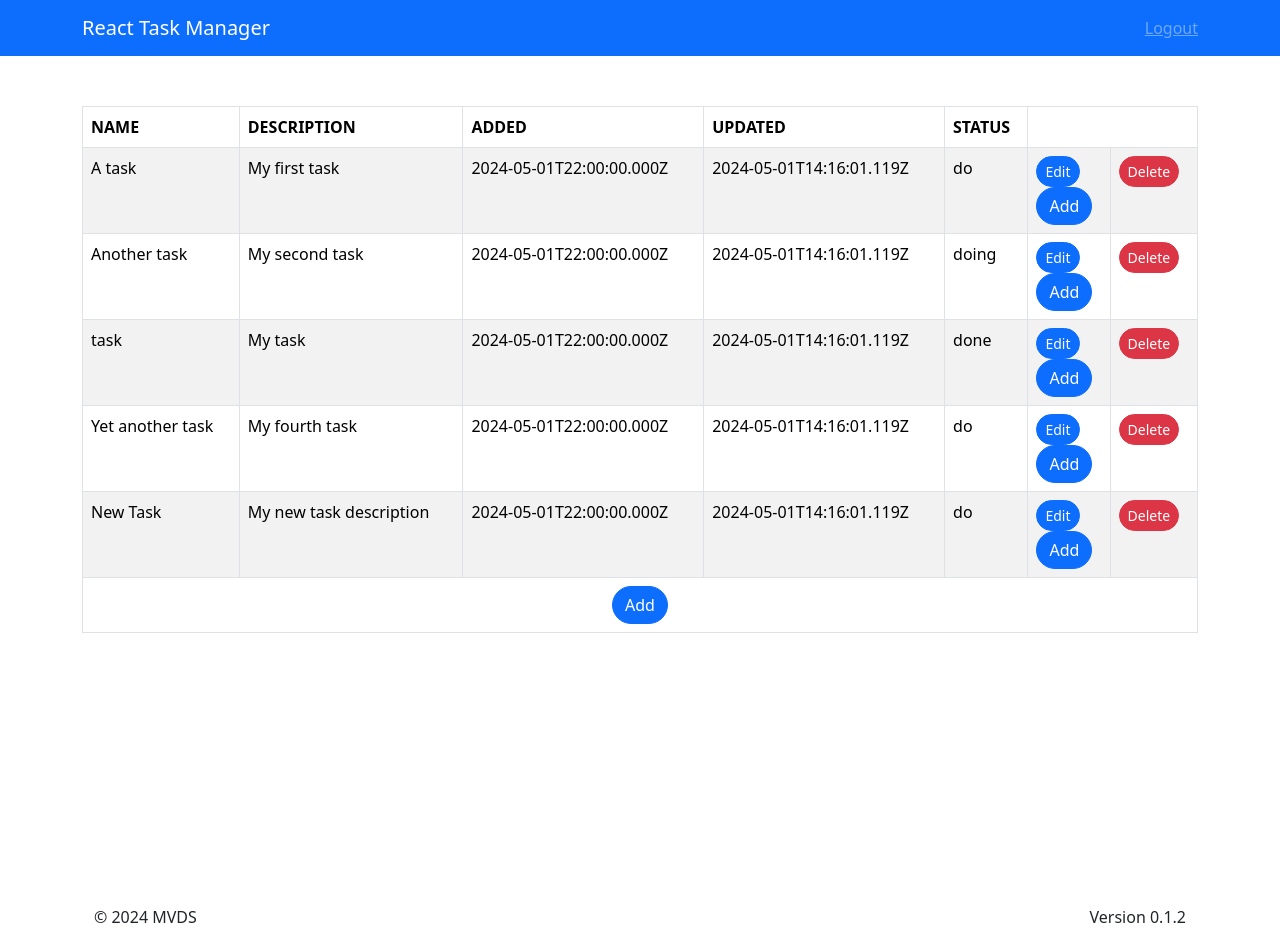
Repository: trider/react-task-manager
Page: /#/tasks
These files come from the project's save history. The page is drawn as it stood at one moment and after the next save; the edit follows.
The browser window is 1280 px wide. The pictures show the whole page.
The project was rebuilt for these pictures with package versions that can differ from the ones it lists, and the page was loaded fresh each time. Also part of the build but not shown: src/App.css, src/_data/_Users.js, src/pages/Login.js, src/components/Add.js.

Above is the page before, as saved 2024-05-10 15:32:55.

### src/App.js
// import logo from './logo.svg';
import './App.css';
import 'bootstrap/dist/css/bootstrap.min.css';
// import { BrowserRouter, Routes, Route } from "react-router-dom";
import {HashRouter as Router, Routes, Route} from "react-router-dom";
import LoginForm from "./pages/Login";
import TaskList from "./pages/Task";

// const path = process.env.REACT_APP_FOR_PATH;

function App() {
  return (
    <div>
      <Router baseline="/">
        <Routes>
          <Route index element={<LoginForm />} />
            <Route path="login" element={<LoginForm />} />
            <Route path="tasks" element={<TaskList />} />
        </Routes>
      </Router>
    </div>
  );
}

export default App;

### src/pages/Task.js
import * as React from 'react';

import { useState } from 'react';
import { useReducer } from 'react';

import Table from 'react-bootstrap/Table';
import Container from 'react-bootstrap/Container';
import Button from 'react-bootstrap/Button';
import Form from 'react-bootstrap/Form';

import NavbarComponent from '../components/Navigation';
import Footer from '../components/Footer';
import TaskAdd from '../components/Add';
import ModalComponent from '../components/Modal';

import userTasks from '../_data/_Tasks';
import tableCols from '../_data/_Cols';
import tasksReducer from '../_Reducers/tasksReducer';

const states = ['do', 'doing', 'done'];




const TaskTable = () => {

  const [tasks, dispatch] = useReducer(tasksReducer, userTasks);
  const [taskName, setTaskName] = useState("A Task");
  const [taskDescription, setTaskDescription] = useState("Task Description");
  const [taskStatus, setTaskStatus] = useState("do");






  const addTask = (task) => {
    // setDateAdded(new Date().toISOString());
    // setDateUpdated(new Date().toISOString());
    setTaskStatus('do');

    dispatch({
      type: 'added',
      task: task,
    });
  }

  const editTask = (task) => {
    task.isEdit = true;
    dispatch({
      type: 'edit',
      task: task,
    });



  }

  const getButton = (task) => {

    if (task.isEdit) {
      return <Button variant="primary rounded-pill" size='sm' onClick={(e) => updateTask(task)}>
        Update
      </Button>
    }
    else {
      return <Button variant="primary rounded-pill" size='sm' onClick={(e) => editTask(task)}>
        Edit
      </Button>
    }

  }

  const updateTask = (task) => {

    task.isEdit = false;
    task.name = taskName;
    tasks.description = taskDescription
    task.status = taskStatus
    task.updated = new Date().toISOString();



    dispatch({
      type: 'changed',
      task: task,
    });


    // setIsAdd(false);



  }

  const deleteTask = (task) => {
    dispatch({
      type: 'deleted',
      task: task,
    });
  }

  const getTask = (task, col) => {
    if (task.isEdit) {
      if (col === 'name') {
        return <Form.Control
          type="text"
          value={taskName}
          onChange={(e) => setTaskName(e.target.value)}
        />
      }
      else if (col === 'description') {
        return <Form.Control
          type="text"
          value={taskDescription}
          onChange={(e) => setTaskDescription(e.target.value)}
        />
      }
      else if (col === 'status') {
        return <Form.Select  onChange={(e) => setTaskStatus(e.target.value)}>
          {states.map((state) => (  <option key={state} value={state}>{state}</option>))}
        </Form.Select>
      }
      else {
        return task[col]
      }


    }
    else {
      return task[col]
    }


  }



  const showTableBody = () => {


      return <tbody>
        {tasks.map((task) => (
          <tr key={task.id}>
            {tableCols.map((col) => (
              <td key={col}>

                {getTask(task, col)}

              </td>
            ))}

            <td>
              {getButton(task)}
              <ModalComponent
              title='Add'
            tasks={tasks}
            task={task}
            onAddTask={addTask}
            onEditTask={updateTask} />
            </td>
            <td>
              <Button variant="danger rounded-pill" size='sm' onClick={(e) => deleteTask(task)}>
                Delete
              </Button>
            </td>
          </tr>
        ))}



        <tr style={{height:"40px"}}>

          <td colSpan={tableCols.length+2} style={{ backgroundColor: "white" }}>
          <div className="d-grid gap-2 d-md-flex justify-content-md-center">
            <ModalComponent
            title='Add'
            tasks={tasks}
            task={{
              name: 'New Task',
              description: taskDescription,
              user: 'jonnygold',
              status: 'do',
              taskId: tasks.length + 1,
              added: new Date().toISOString(),
              updated: new Date().toISOString(),
              isActive: true,
              isEdit: false}}
            onAddTask={addTask}
            onEditTask={updateTask} />
          </div>



          </td>
        </tr>
      </tbody>




  }






  return (
    <div >
      <Table striped bordered hover size="lg">
        <thead>
          <tr>
            {tableCols.map((col) => (
              <th key={col}>{col.toUpperCase()}</th>
            ))}
            <th colSpan={"2"}></th>
          </tr>
        </thead>

        {showTableBody()}

      </Table>





    </div>
  );
}


const TaskList = () => {



  return (
    <div>

      <NavbarComponent />
      <Container style={{ marginTop: "50px" }}>

        <div style={{ marginTop: "50px" }}>
          <TaskTable />

        </div>

      </Container>
      <Container style={{ paddingTop: '20%' }} >
        <Footer />
      </Container>

    </div>
  );
}

export default TaskList;

### src/components/Footer.js
import * as React from 'react';
import Container from 'react-bootstrap/Container';
import Row from 'react-bootstrap/Row';
import Col from 'react-bootstrap/Col';


const Footer = () => {
  return (
    <footer>
      <Container >
      <Row>
        <Col sm={8}>&copy; 2024 MVDS</Col>
        <Col style={{textAlign:"right"}}>Version 0.1.2</Col>
      </Row>
      </Container>
    </footer>
  );
}

export default Footer;

### src/components/Navigation.js
import * as React from 'react';
import Container from 'react-bootstrap/Container';
import Nav from 'react-bootstrap/Nav';
import Navbar from 'react-bootstrap/Navbar';
import {Link as ReactLink} from "react-router-dom";






const NavbarComponent = () => {
  return (
    <Navbar bg="primary" expand="lg" data-bs-theme="dark">
      <Container>
        <Navbar.Brand href="#home">React Task Manager</Navbar.Brand>
        <Navbar.Toggle aria-controls="basic-navbar-nav" />
        <Navbar.Collapse id="basic-navbar-nav">
          <Nav className="me-auto" >
          </Nav>

          <div className='Nav'>
            <ReactLink to="/login">Logout</ReactLink>
          </div>
        </Navbar.Collapse>
      </Container>
    </Navbar>
  );
}



export default NavbarComponent;

### src/components/Modal.js
import { useState } from 'react';
import Button from 'react-bootstrap/Button';
import Modal from 'react-bootstrap/Modal';
import Form from 'react-bootstrap/Form';






const ModalComponent = (props) => {

  const [taskName, setTaskName] = useState(props.task.name);
  const [taskDescription, setTaskDescription] = useState(props.task.description);
  const [dateAdded, setDateAdded] = useState(props.task.added);
  const [dateUpdated, setDateUpdated] = useState(props.task.updated);
  const [show, setShow] = useState(false);



  const handleClose = () => setShow(false);
  const handleShow = () => setShow(true);
  return (
    <div >
      <Button variant="primary" onClick={handleShow} className='rounded-pill' size={props.size}>
        {props.title}
      </Button>

      <Modal show={show} onHide={handleClose}>
        <Modal.Header closeButton>
          <Modal.Title>{props.title}</Modal.Title>
        </Modal.Header>
        <Modal.Body>
        <Form onSubmit={(e) => {
        setDateAdded(new Date().toISOString());
        setDateUpdated(new Date().toISOString());

        if(props.title === 'Add'){


          props.onAddTask({
            name: taskName,
            description: taskDescription,
            user:props.task.user,
            status: props.task.status,
            taskId: props.task,
            added: dateAdded,
            updated: dateUpdated,
            isActive: true,
            isEdit: false
          });
      }
            setShow(false);



      }}>

        <Form.Group className="mb-3" controlId="taskName">
          <Form.Label>Name</Form.Label>
          <Form.Control
            type="text"
            value={taskName}
            onChange={(e) => setTaskName(e.target.value)}


          />
        </Form.Group>
        <Form.Group className="mb-3" controlId="taskDescription">
          <Form.Label>Description</Form.Label>
          <Form.Control
            type="text"
            value={taskDescription}
            onChange={(e) => setTaskDescription(e.target.value)}

          />
        </Form.Group>

        <div className="d-grid gap-2">
          <Button variant="primary" type="submit" >Submit</Button>
        </div>
      </Form>




        </Modal.Body>

      </Modal>
    </div>
  );
}

export default ModalComponent;

### src/_data/_Tasks.js
const userTasks= [
 {
   id: "6630ab326e723ac1ea6dce7a",
   description: "My first task",
   name: "A task",
   taskId: 1,
   user: "jonnygold",
   added: "2024-05-01T22:00:00.000Z",
   updated: "2024-05-01T14:16:01.119Z",
   status: "do",
   isActive: true,
   isEdit: false
 },
 {
   id: "6630fe5d6e723ac1ea6dce7e",
   description: "My second task",
   name: "Another task",
   taskId: 2,
   user: "jonnygold",
   added: "2024-05-01T22:00:00.000Z",
   updated:"2024-05-01T14:16:01.119Z",
   status: "doing",
   isActive: true,
   isEdit: false
 },
 {
   id: "6630fe826e723ac1ea6dce7f",
   description: "My task",
   name: "task",
   taskId: 3,
   user: "jonnygold",
   added: "2024-05-01T22:00:00.000Z",
   updated:"2024-05-01T14:16:01.119Z",
   status: "done",
   isActive: true,
   isEdit: false
 },
 {
   id: "6631f17cc4c9b7f5ab3c28c3",
   name: "Yet another task",
   description: "My fourth task",
   user: "jonnygold",
   taskId: 4,
   added: "2024-05-01T22:00:00.000Z",
   updated:"2024-05-01T14:16:01.119Z",
   isActive: true,
   status: "do",
   isEdit: false

 },
 {
   id: "66323f0d54b80929f84ebdd2",
   user: "jonnygold",
   name: "New Task",
   description: "My new task description",
   status: "do",
   taskId: 5,
   added: "2024-05-01T22:00:00.000Z",
   updated:"2024-05-01T14:16:01.119Z",
   isActive: true,
   isEdit: false
 }

]

export default userTasks

### src/_data/_Cols.js
const tableCols = [
 'name',
 'description',
 'added',
 'updated',
 'status',
];

export default tableCols

### src/_Reducers/tasksReducer.js
export default function tasksReducer(tasks, action) {
 switch (action.type) {
   case 'added': {
     return [
       ...tasks,
       {
         id: action.id,
         ...action.task,
         done: false,
       },
     ];
   }
   case 'edit': {
    return tasks.map((t) => {
      if (tasks.filter((t) => t.isEdit === true).length < 1) {
            if (t.taskId === action.task.taskId) t = !t.isEdit;
          }
     return t;
    });
  }
   case 'changed': {



     return tasks.map((t) => {
      if (t.taskId === action.task.taskId) return action.task


      return t;

     })






   }
   case 'deleted': {
     return tasks.filter((t) => t.taskId !== action.task.taskId);
   }
   default: {
     throw Error('Unknown action: ' + action.type);
   }
 }
}

Loaded but not shown: public/index.html (common file); src/index.js (common file); src/index.css (common file); src/reportWebVitals.js (common file)

After the next save:
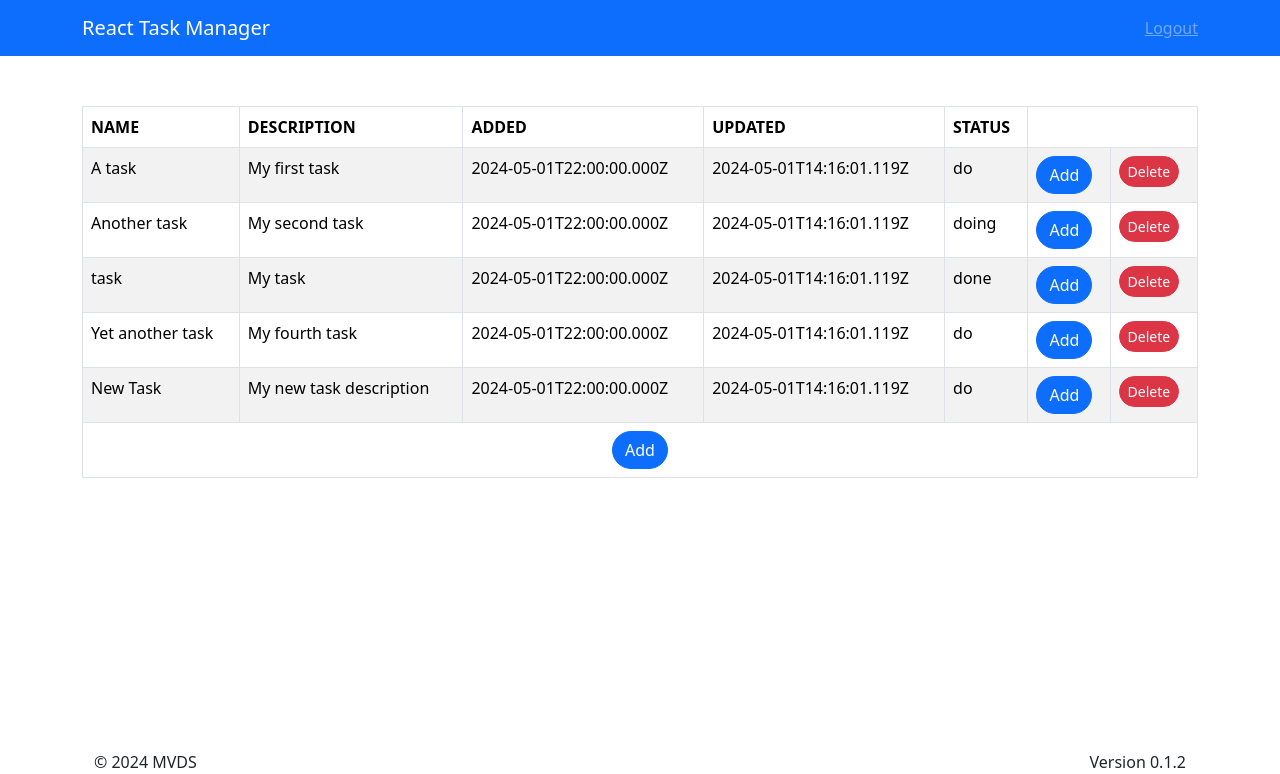
Saved 9 s later.
--- a/src/pages/Task.js
+++ b/src/pages/Task.js
@@ -151,11 +151,11 @@ const TaskTable = () => {
             ))}
 
             <td>
-              {getButton(task)}
+              {/* {getButton(task)} */}
               <ModalComponent
               title='Add'
             tasks={tasks}
-            task={task}
+            task={taskDescription}
             onAddTask={addTask}
             onEditTask={updateTask} />
             </td>
